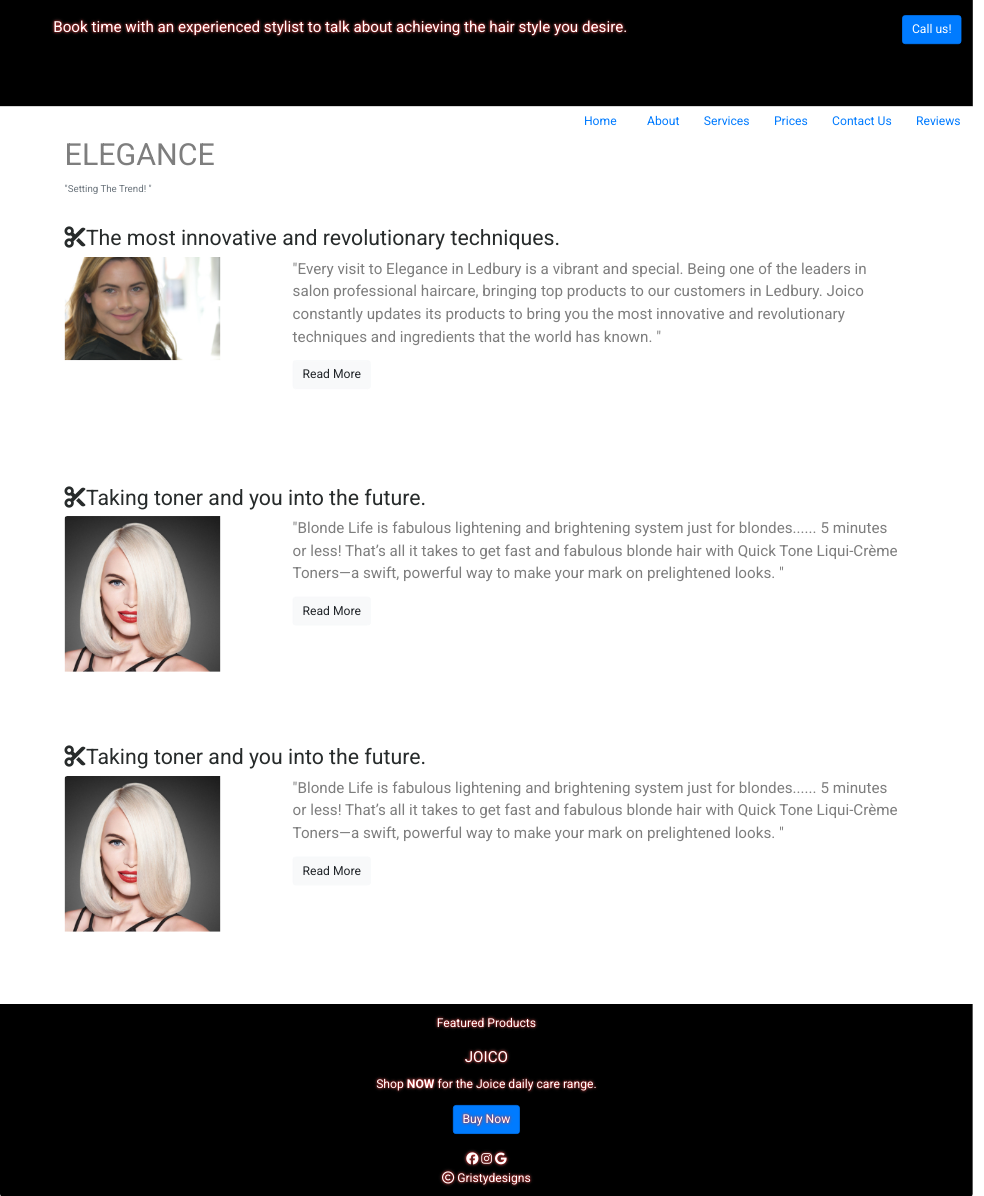
Repository: Gristydesigns/elegance-salon
Page: products.html
The author's editor kept a record of every edit. The page is drawn from the files as they stood at one moment, then again after the next edit.
The browser window is 1280 px wide. The page is 1295 px wide, so the pictures cover 1295 px, including what lies to the right of the window. The pictures show the whole page, at 76% of full size.
Some web libraries are served in a nearby version.

Above is the page before.
Console error: TypeError: Cannot read properties of undefined (reading 'fn')

### products.html
<!DOCTYPE html>
<html lang="en">
<!--Head------------------------->

<head>
    <meta charset="UTF-8">
    <meta name="viewport" content="width=device-width, initial-scale=1.0">
    <meta http-equiv="X-UA-Compatible" content="ie=edge">
    <link rel="stylesheet" href="https://stackpath.bootstrapcdn.com/bootstrap/4.3.1/css/bootstrap.min.css" integrity="sha384-ggOyR0iXCbMQv3Xipma34MD+dH/1fQ784/j6cY/iJTQUOhcWr7x9JvoRxT2MZw1T" crossorigin="anonymous">
    <script src="https://stackpath.bootstrapcdn.com/bootstrap/4.3.1/js/bootstrap.min.js" integrity="sha384-JjSmVgyd0p3pXB1rRibZUAYoIIy6OrQ6VrjIEaFf/nJGzIxFDsf4x0xIM+B07jRM" crossorigin="anonymous"></script>
    <link href="https://fonts.googleapis.com/css?family=Roboto:400,700&display=swap" rel="stylesheet">
    <script src="https://kit.fontawesome.com/d13d47f9ca.js"></script>
    <link rel="stylesheet" href="assets/css/style.css" type="text/css" />
    <title>Elegance Hair Salon Ledbury</title>
</head>
<!--End------------------------->

<body>
    <header>
        <!--callout--------------->
        <section class="container-fluid call-to-action">
            <div class="row">
                <div class="col-12">
                    <button class="btn-spinner-grow btn-spinner-grow-sm btn btn-primary btn-md float-right">Call us!<href="#" role="button"></button>
                <p class="lead">Book time with an experienced stylist  to talk about achieving the hair style you desire.</p>
                </div>
            </div>
        </section>
        <!--End------------------------->
        <!--Nav Bar--------------------->
        <section class="container-nav nav-bar">
            <div class="row">
                <div class="col-12 ">
                    <div class="nav navbar-light bg-light navbar-expand-sm nav-position left >
                             <a href=" # "class="navbar-salon "></a>
                               <button class="navbar-toggler mr-auto " type="button " data-toggle="collapse " data-target="#navbarNavDropdown " aria-controls="navbarNavDropdown " aria-expanded="false " aria-label="Toggle navigation ">
                                <span class="navbar-toggler-icon "></span></button>
                                 <div class="collapse navbar-collapse " id="navbarNavDropdown ">

                                 <ul class="nav nav-pills ml-auto ">
                                  <li class="active nav-item mr-2 "><a class="nav-link Home " href="# ">Home</a>
                                  <li class="nav-item "><a class="nav-link About " href="# ">About</a>
                                  <li class="nav-item "><a class="nav-link Services " href="# ">Services</a>
                                  <li class="nav-item "><a class="nav-link Prices " href="# ">Prices</a>
                                  <li class="nav-item "><a class="nav-link Contact us " href="# ">Contact Us</a>
                                  <li class="nav-item "><a class="nav-link Reviews " href="# ">Reviews</a>
                                  <li class="nav-item dropdown ">
                                 </ul>
                               </div>
                             </div>
                            </div>
                          </div>
                        </div>
                     </div>
        <!--logo------------------------->
        <section class="container logo ">
                  <div class="row ">
                    <div class=" col-md-12 ">
                        <h1>ELEGANCE</h1>
                        <p class="text-muted "><small>"Setting The Trend! "</small></p>
                    </div>
                </div>
        </section>
<!--End------------------------->


     </header>
<!--End------------------------------>
<!--feature space---------------------->
 <section class="headliners ">
  <div class="container headliner ">
  <!--feature article 1---------------------->
    <div class="row ">
     <div class="col-12 ">
      <h3 class="text "><i class="fas fa-cut "></i>The most innovative and revolutionary techniques. </h3>
        <div class="media ">
        <img src="image/image3.jpg " class="img-fluid rounded " alt="Responsive image ">
          </div>
           <blockquote class="blockquote ">
           <p>"Every visit to Elegance in Ledbury is a vibrant and special. Being one of the leaders in salon professional haircare, bringing top products to our customers in Ledbury. Joico constantly updates its products to bring you the most innovative
                        and revolutionary techniques and ingredients that the world has known. "</p>
             <p><a class="btn btn-md btn-light " href="https://elegance-hair-salon-hair-salon.business.site/ ">Read More</a></p>
              </div>
             </blockquote>
             </div>
           </div>
         </div>
       </div>
     </div>
     </div>
    </div>
 <!--feature article 2---------------------->
 <div class="container headliner ">
 <div class="row ">
   <div class="col-12 ">
     <h3 class="text "><i class="fas fa-cut flexi-wrap "></i>Taking toner and you into the future.</h3>
       <div class="media ">
          <img src="image/platinumn2.png " class="img-fluid rounded " alt="Responsive image ">
           </div>
           <blockquote class="blockquote ">
            <p> "Blonde Life is fabulous lightening and brightening system just for blondes...... 5 minutes or less! That’s all it takes to get fast and fabulous blonde hair with Quick Tone Liqui-Crème Toners—a swift, powerful way to make your mark
                        on prelightened looks. "</p>
            <p><a class="btn btn-md btn-light " href="https://elegance-hair-salon-hair-salon.business.site/ ">Read More</a></p>
           </blockquote>
         </div>
        </div>
       </div>
      </div>
     </div>
    </div>
   </div>
   <!--feature article 3---------------------->
 <div class="container headliner ">
 <div class="row ">
   <div class="col-12 ">
     <h3 class="text "><i class="fas fa-cut flexi-wrap "></i>Taking toner and you into the future.</h3>
       <div class="media ">
          <img src="image/platinumn2.png " class="img-fluid rounded " alt="Responsive image ">
           </div>
           <blockquote class="blockquote ">
            <p> "Blonde Life is fabulous lightening and brightening system just for blondes...... 5 minutes or less! That’s all it takes to get fast and fabulous blonde hair with Quick Tone Liqui-Crème Toners—a swift, powerful way to make your mark
                        on prelightened looks. "</p>
            <p><a class="btn btn-md btn-light " href="https://elegance-hair-salon-hair-salon.business.site/ ">Read More</a></p>
           </blockquote>
         </div>
        </div>
       </div>
      </div>
     </div>
    </div>
   </div>
  </section>
  <!--End------------------------->
   <!--footer---------------------->
  <footer>
   <section class="card-footer ">
     <div class="container-fluid footer ">
      Featured Products
     </div>
        <div class="card-body ">
         <h5 class="card-title ">JOICO</h5>
          <p class="card-text ">Shop <strong>NOW</strong> for the Joice daily care range.</p>
           <a href="https://my-salon.shop/?salonname=Elegance&salonlocation=Ledbury " class="btn btn-primary ">Buy Now</a>
        </div>
        <div class="card">
        <div class "row  ">
          <div class="col-12 ">
            <i class="fab fa-facebook "></i>
            <i class="fab fa-instagram "></i>
            <i class="fab fa-google "></i>
          </div>
        </div>
      </div>
        <div class "row ">
          <div class="col-12 ">
            <i class="far fa-copyright " 2019 Gristydesigns ">
                        </i>
                        Gristydesigns
                    </div>
                </div>
        </section>
        </footer>
        <script src="https://stackpath.bootstrapcdn.com/bootstrap/4.3.1/js/bootstrap.min.js" integrity="sha384-JjSmVgyd0p3pXB1rRibZUAYoIIy6OrQ6VrjIEaFf/nJGzIxFDsf4x0xIM+B07jRM" crossorigin="anonymous"></script>
        <script src="https://code.jquery.com/jquery-3.3.1.slim.min.js" integrity="sha384-q8i/X+965DzO0rT7abK41JStQIAqVgRVzpbzo5smXKp4YfRvH+8abtTE1Pi6jizo" crossorigin="anonymous"></script>
        <script src="https://cdnjs.cloudflare.com/ajax/libs/popper.js/1.14.7/umd/popper.min.js" integrity="sha384-UO2eT0CpHqdSJQ6hJty5KVphtPhzWj9WO1clHTMGa3JDZwrnQq4sF86dIHNDz0W1" crossorigin="anonymous"></script>
</body>

</html>
<!--End------------------------->

### assets/css/style.css
@import url('https://fonts.googleapis.com/css?family=Roboto&display=swap 100,200,300,400,500,600,700|Exo 100,200,300,400,500,600,700');
/*---------------------------------colors */

body {
   font-family: 'Roboto', sans-serif;
  background-color:#fff;
  -webkit-background-size: cover;
  -moz-background-size: cover;
  -o-background-size: cover;
  background-size: cover;

}
/*---------------------------------call out */

.call-to-action {
    height:140px;
    background-color: black;
    font-size:20px;
    font-weight: 600px;
    color: #fff;
    text-align: left;
    padding-left:70px;
    padding-top: 20px;
    bottom:5px;
    text-shadow: 0 0 3px #FF0000, 0 0 5px #7e7e7e
   }

   .button {
       padding-top:0;
       padding-bottom:20px;
      }
/*---------------------------------nav-container */
.navbar-collapse {
 background-color: #fff;
 padding-left:10px;
 }
.nav-bar {

}

/*---------------------------------Logo */
.logo {
    color:#7e7e7e;
    font-weight: 900px;
    text-shadow: 2px 2px 4px #25292A
    padding-top: 20px;
    padding-bottom: 20px;
    display: flex;
    justify-content: left;

   }
 /*---------------------------------headliner */
 .headliner {
     color:#272B2B;

     justify-content: center;
 }
 .blockquote {
     padding-left: 10px;
     padding-right: 5px;
     color: #7e7e7e;

 }
  /*---------------------------------feature space */
.media {
    height: 300px;
    flex: none;
    width: 300px;
    text-align: right;
    float: left;
 }

.img-fluid {
    max-width: 75%;
    height: auto;
    padding-bottom: 5px;
    padding-right: 20px;

}
   /*---------------------------------Footer */
.card-footer {
    text-align: center;
    background-color: black;
    border-top: 1px solid rgba(0,0,0,.125);
    color: #fff;
    text-shadow: 0 0 3px #FF0000, 0 0 5px #7e7e7e

}
 .card {
   background-color: black;
   text-align: center;
 }

After the next edit:
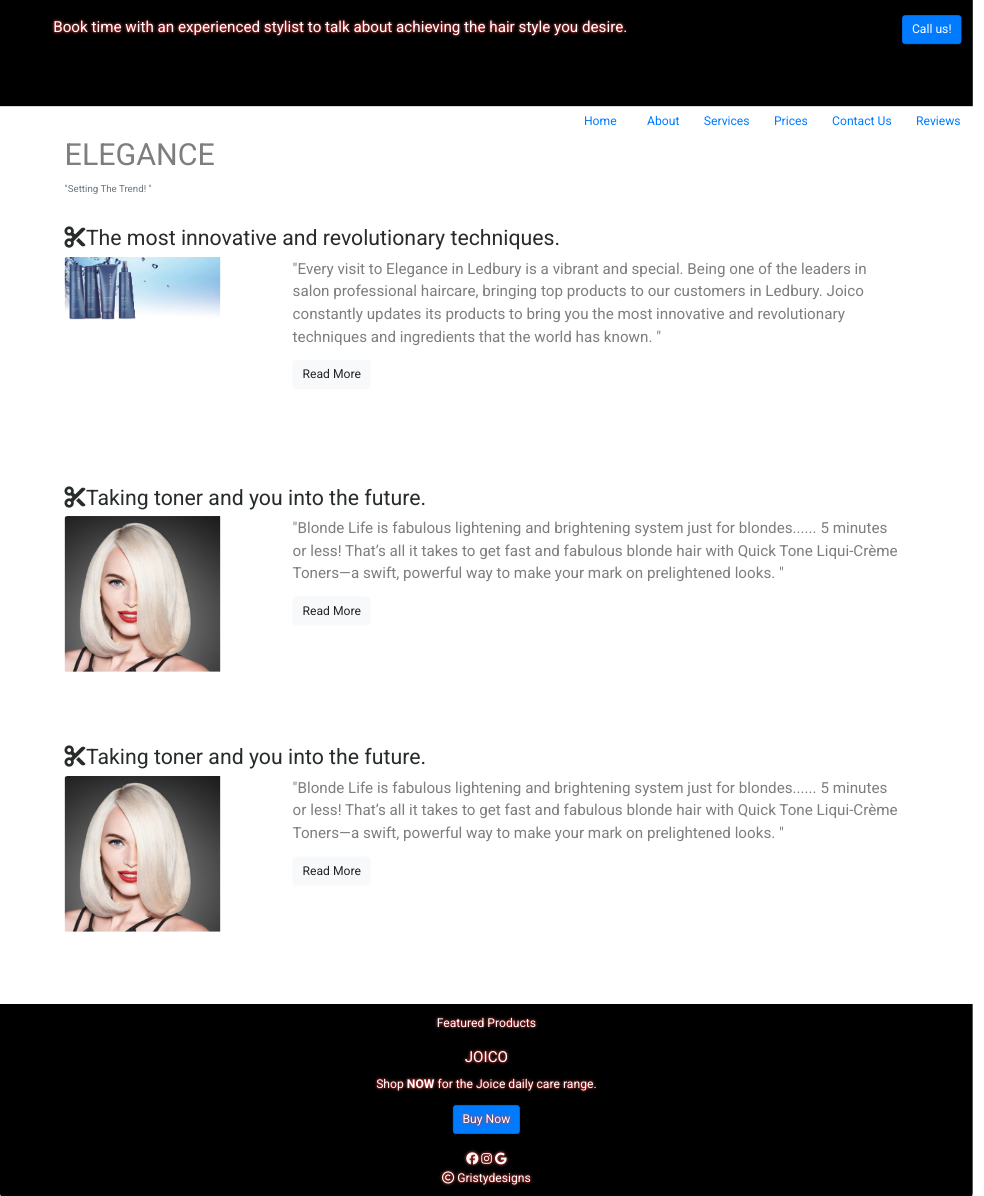
The edit:
--- a/products.html
+++ b/products.html
@@ -74,7 +74,7 @@
      <div class="col-12 ">
       <h3 class="text "><i class="fas fa-cut "></i>The most innovative and revolutionary techniques. </h3>
         <div class="media ">
-        <img src="image/image3.jpg " class="img-fluid rounded " alt="Responsive image ">
+        <img src="image/Moisture-Recovery.jpg " class="img-fluid rounded " alt="Responsive image ">
           </div>
            <blockquote class="blockquote ">
            <p>"Every visit to Elegance in Ledbury is a vibrant and special. Being one of the leaders in salon professional haircare, bringing top products to our customers in Ledbury. Joico constantly updates its products to bring you the most innovative
